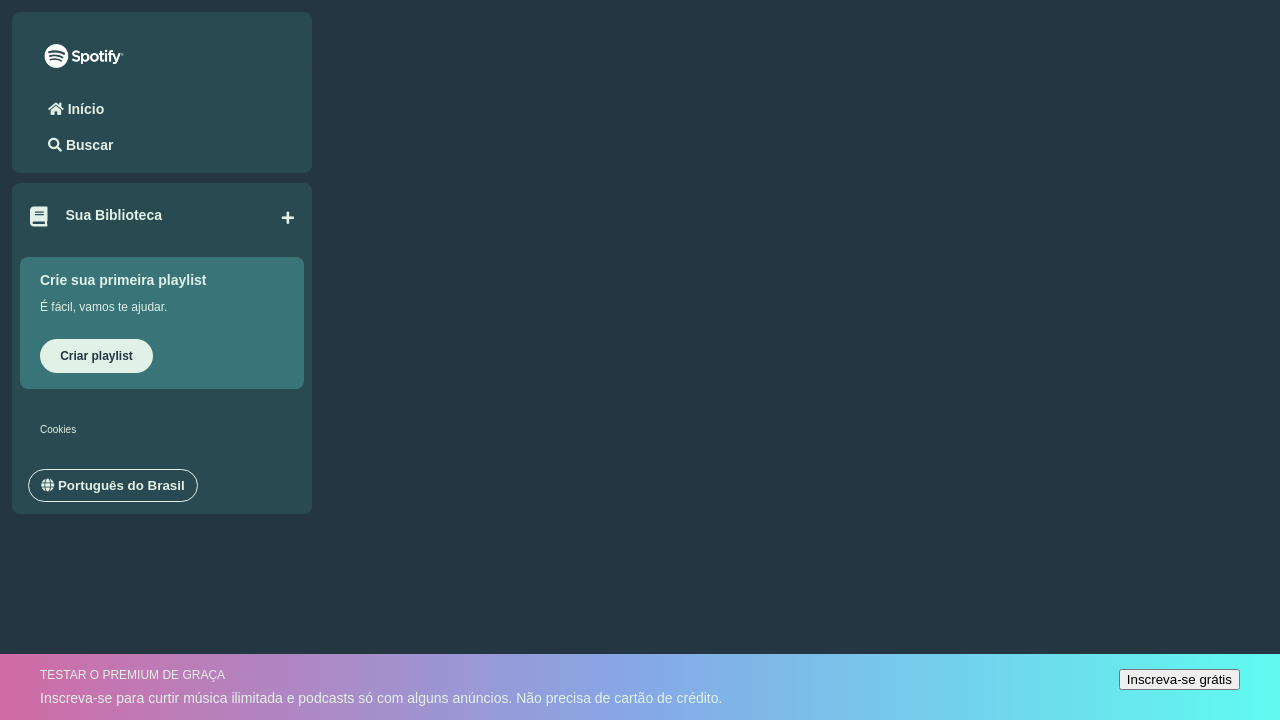
Repository: rafaazevedo-gs/Imers-o-Alura-Front-end
Page: index.html
An editor plug-in stored every save of this project. The page is shown before and after the next save, followed by the edit.
The browser window is 1280 px wide. The pictures show the whole page.

Above is the page before, as saved 2025-01-30 11:23:52.

After the next save:
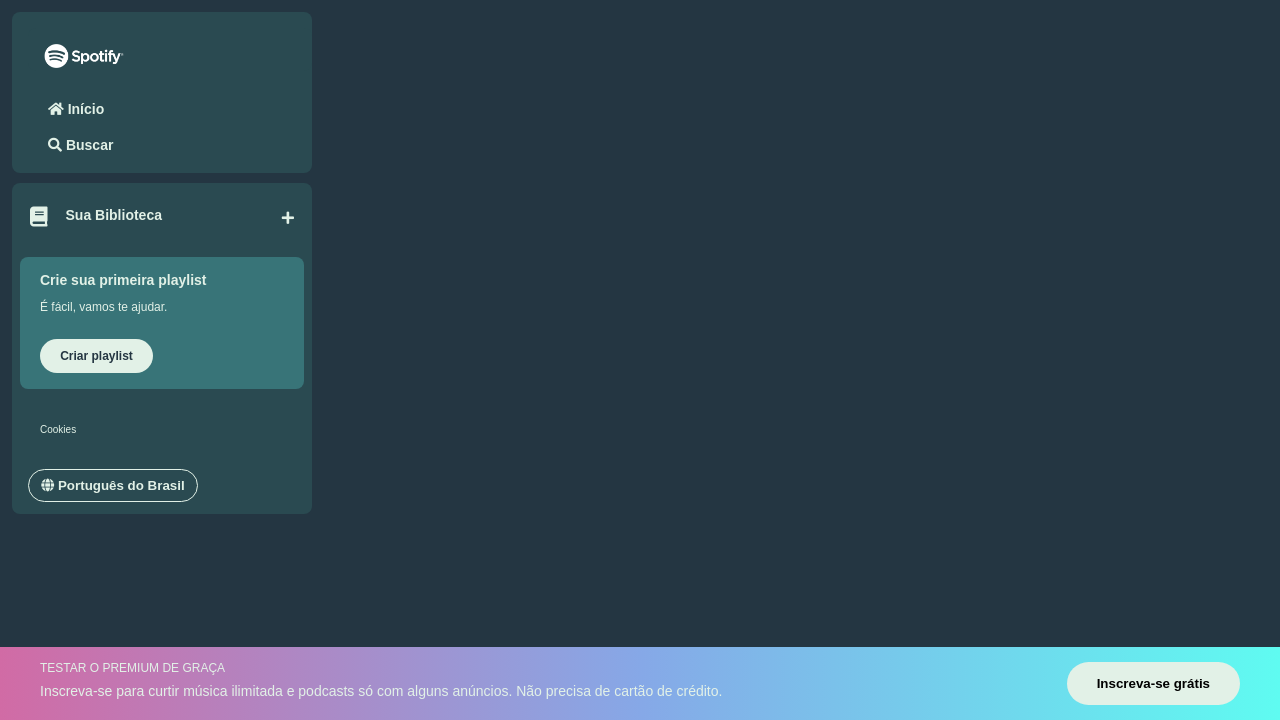
Saved 3 min 4 s later.
--- a/styles.css
+++ b/styles.css
@@ -202,3 +202,15 @@
     font-size: 14px;
     font-family: "DM Sans", sans-serif;
 }
+
+.disclaimer-premium button {
+    background-color: #E2F1E7;
+    color:#243642
+    font-size: 16px;
+    font-weight: bold;
+    padding: 14px 30px;
+    border: 0px;
+    border-radius: 40px;
+    cursor: pointer;
+    flex-shrink: 0;
+}
